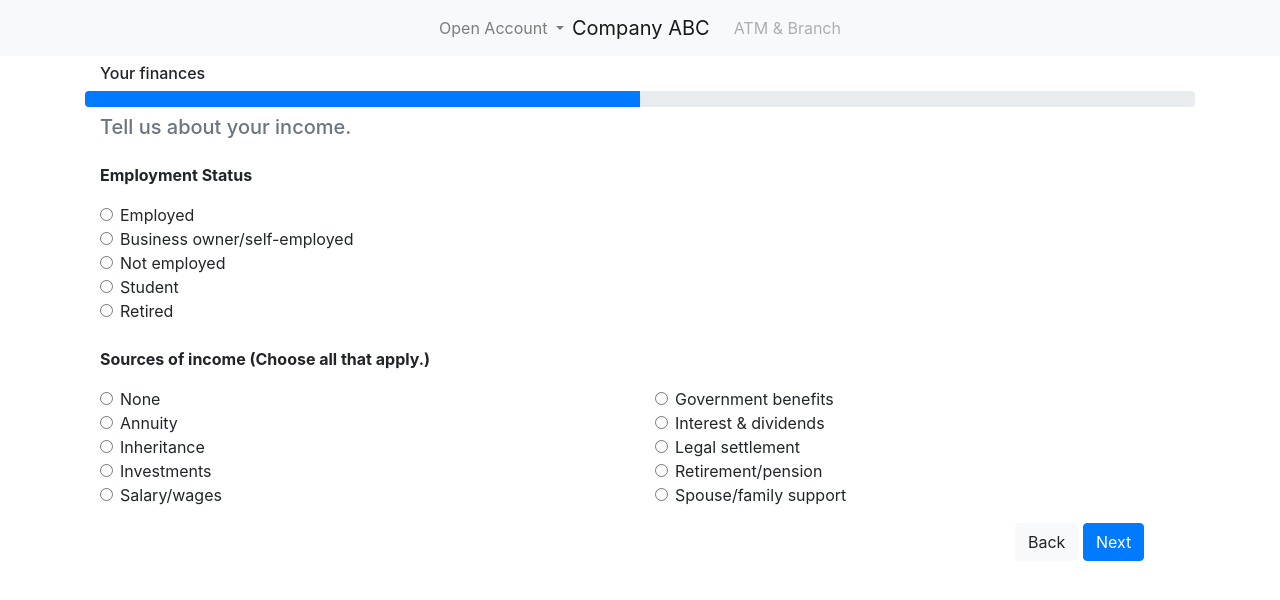
Repository: barriosan95/banking-opening-account-demo
Page: http://localhost/checking/application/customerInfo/finances
The author's editor kept a record of every edit. The page is drawn from the files as they stood at one moment, then again after the next edit.
The browser window is 1280 px wide. The pictures show the whole page.
Some web fonts or font styles are not loaded; a fallback is used. Some web libraries are served in a nearby version. The page is served by the project's Node server (index.js).

Above is the page before.

After the next edit:
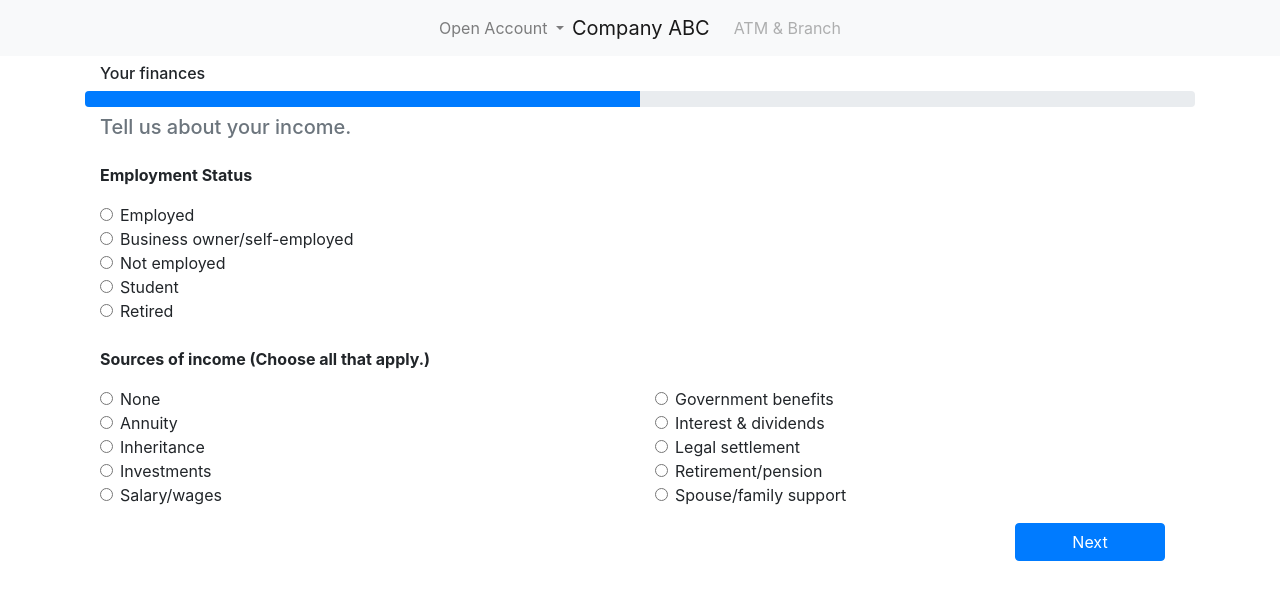
The edit:
--- a/views/finances_app.ejs
+++ b/views/finances_app.ejs
@@ -111,8 +111,7 @@
             <div class ="container">
                 <div class ="row mt-2">
                     <div class = "col-md-2 ml-auto">
-                        <a href="/checking/application" > <button class="btn btn-light mt-2">Back</button></a>
-                        <a href="/checking/application/finances" > <button class="btn btn-primary mt-2">Next</button></a>
+                        <a href="/checking/application/customerInfo/finances/agreements" > <button class="btn btn-primary mt-2 btn-block">Next</button></a>
                     </div>
                 </div>
             </div>
